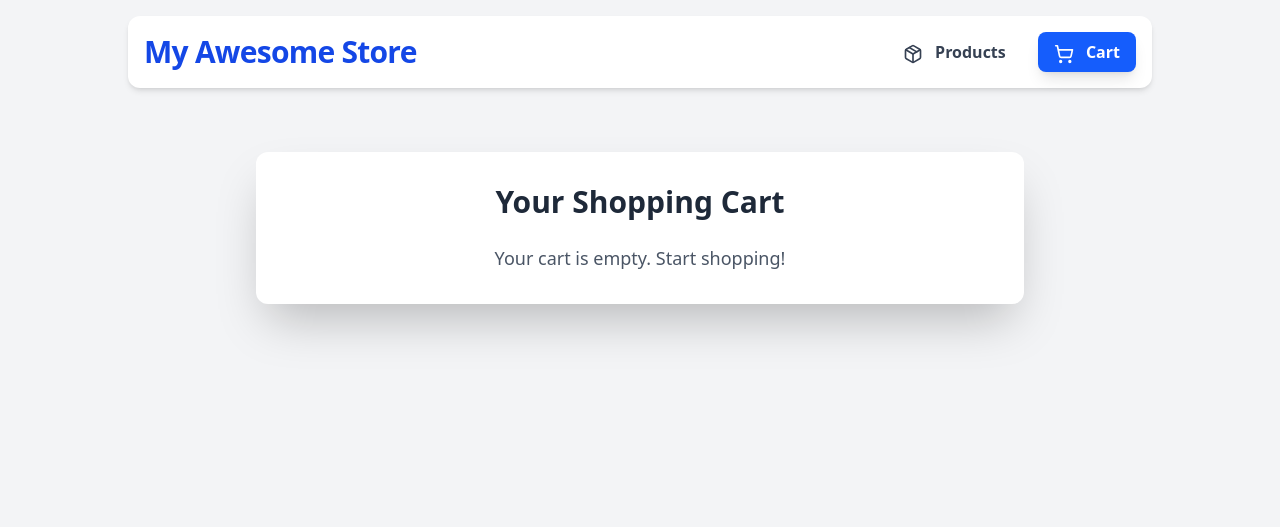
Repository: EphrahimLaanyu123/admin-panel
Page: /cart
These files come from the project's save history. The page is drawn as it stood at one moment and after the next save; the edit follows.
The browser window is 1280 px wide. The pictures show the whole page.
The project was rebuilt for these pictures with package versions that can differ from the ones it lists, and the page was loaded fresh each time. Also part of the build but not shown: vite.config.js, src/components/Products.jsx, src/components/BillingModal.jsx.

Above is the page before, as saved 2025-06-13 13:37:41.

### src/main.jsx
// main.jsx
import React from 'react';
import ReactDOM from 'react-dom/client';
import { BrowserRouter } from 'react-router-dom';
import App from './App';
import './index.css';

ReactDOM.createRoot(document.getElementById('root')).render(
  <BrowserRouter>
    <App />
  </BrowserRouter>
);

### src/App.jsx
// App.jsx
import React, { useState, useEffect, useMemo } from 'react';
import { Routes, Route, NavLink, useLocation, useNavigate } from 'react-router-dom';
import Cookies from 'js-cookie';
import { ShoppingCart, Package } from 'lucide-react';
import Products from './components/Products';
import Cart from './components/Cart';
// Make sure Products.productList is accessible, or fetch products in App.jsx and pass down
// For demonstration, we'll assume Products.productList is available as before.


function App() {
  const [cart, setCart] = useState([]);
  const [showConfirmation, setShowConfirmation] = useState('');
  const location = useLocation();
  const navigate = useNavigate();

  // Load cart from cookies on initial mount
  useEffect(() => {
    try {
      const storedCart = Cookies.get('shoppingCart');
      if (storedCart) {
        setCart(JSON.parse(storedCart));
      }
    } catch (error) {
      console.error('Failed to load cart from cookies:', error);
      Cookies.remove('shoppingCart'); // Clear corrupted cookie
    }
  }, []);

  // Save cart to cookies whenever cart state changes
  useEffect(() => {
    if (cart.length > 0) {
      Cookies.set('shoppingCart', JSON.stringify(cart), {
        expires: 30, // 30 days
        secure: process.env.NODE_ENV === 'production', // Use secure in production
        sameSite: 'Lax',
      });
    } else {
      Cookies.remove('shoppingCart'); // Remove cookie if cart is empty
    }
  }, [cart]);

  // New useEffect to handle post-payment cart clearing based on backend verification
  useEffect(() => {
    const params = new URLSearchParams(location.search);
    const pesapalTrackingId = params.get('pesapal_transaction_tracking_id');
    const pesapalResponseData = params.get('pesapal_response_data'); // This might contain status, but verify with backend

    const verifyAndClearCart = async (trackingId) => {
      setShowConfirmation('Verifying payment status...');
      try {
        const response = await fetch('http://localhost:5000/verify_pesapal_payment', {
          method: 'POST',
          headers: {
            'Content-Type': 'application/json',
          },
          body: JSON.stringify({ tracking_id: trackingId }),
        });

        const data = await response.json();

        if (response.ok) {
          // Payment confirmed by backend
          console.log('Backend confirmed payment success:', data);
          setCart([]); // Clear cart state
          Cookies.remove('shoppingCart'); // Remove cart cookie
          setShowConfirmation('Payment successful! Your cart has been cleared.');
        } else {
          // Payment not confirmed or failed
          console.error('Backend reported payment issue:', data.error || 'Unknown error');
          setShowConfirmation(`Payment verification failed: ${data.error || 'Please check your transaction status.'}`);
        }
      } catch (error) {
        console.error('Error during payment verification call:', error);
        setShowConfirmation('An error occurred during payment verification. Please contact support.');
      } finally {
        // Clear the confirmation message after a delay, and potentially redirect
        const timer = setTimeout(() => {
          setShowConfirmation('');
          // Optional: Redirect to a "thank you" page or products page
          // Use replace to avoid going back to the /cart?pesapal... URL in history
          navigate('/', { replace: true });
        }, 4000); // Give user time to read the message
        return () => clearTimeout(timer);
      }
    };

    // If Pesapal redirect parameters are present and cart is not already empty
    // (This prevents re-clearing if user navigates back to /cart?pesapal... after it's cleared)
    if (pesapalTrackingId && cart.length > 0) {
      // It's crucial to clear these parameters from the URL after processing
      // This is often done by a redirect.
      // However, for robustness, we can immediately call the verification.
      verifyAndClearCart(pesapalTrackingId);
    }
  }, [location.search, navigate, setCart, cart.length]); // Depend on location.search and cart.length

  const addToCart = (product) => {
    setCart((prevCart) => {
      const existingItem = prevCart.find((item) => item.productId === product.id);
      if (existingItem) {
        return prevCart.map((item) =>
          item.productId === product.id ? { ...item, quantity: item.quantity + 1 } : item
        );
      } else {
        return [...prevCart, { productId: product.id, name: product.name, price: product.price, quantity: 1 }];
      }
    });

    setShowConfirmation(`${product.name} added to cart!`);
    const timer = setTimeout(() => setShowConfirmation(''), 2000);
    return () => clearTimeout(timer);
  };

  const updateQuantity = (productId, change) => {
    setCart((prevCart) =>
      prevCart
        .map((item) =>
          item.productId === productId ? { ...item, quantity: item.quantity + change } : item
        )
        .filter((item) => item.quantity > 0)
    );
  };

  const removeFromCart = (productId) => {
    setCart((prevCart) => prevCart.filter((item) => item.productId !== productId));
  };

  const totalCartItems = useMemo(() => cart.reduce((sum, item) => sum + item.quantity, 0), [cart]);

  return (
    <div className="min-h-screen bg-gray-100 flex flex-col items-center p-4 font-inter">
      <header className="w-full max-w-5xl bg-white shadow-md rounded-xl p-4 flex justify-between items-center mb-8">
        <h1 className="text-3xl font-extrabold text-blue-700 tracking-tight">My Awesome Store</h1>
        <nav className="flex items-center space-x-4">
          <NavLink
            to="/"
            className={({ isActive }) =>
              `px-4 py-2 rounded-lg font-semibold transition duration-200 ease-in-out ${
                isActive ? 'bg-blue-600 text-white shadow-lg' : 'text-gray-700 hover:bg-gray-200'
              }`
            }
          >
            <Package className="inline-block mr-2" size={20} /> Products
          </NavLink>
          <NavLink
            to="/cart"
            className={({ isActive }) =>
              `px-4 py-2 rounded-lg font-semibold relative transition duration-200 ease-in-out ${
                isActive ? 'bg-blue-600 text-white shadow-lg' : 'text-gray-700 hover:bg-gray-200'
              }`
            }
          >
            <ShoppingCart className="inline-block mr-2" size={20} /> Cart
            {totalCartItems > 0 && (
              <span className="absolute -top-2 -right-2 bg-red-500 text-white text-xs font-bold rounded-full h-6 w-6 flex items-center justify-center">
                {totalCartItems}
              </span>
            )}
          </NavLink>
        </nav>
      </header>

      {showConfirmation && (
        <div className="fixed top-4 right-4 bg-green-500 text-white px-6 py-3 rounded-lg shadow-xl z-50">
          {showConfirmation}
        </div>
      )}

      <Routes>
        <Route path="/" element={<Products addToCart={addToCart} />} />
        <Route
          path="/cart"
          element={
            <Cart
              cart={cart}
              products={Products.productList} // Ensure Products.productList is defined and accessible
              updateQuantity={updateQuantity}
              removeFromCart={removeFromCart}
            />
          }
        />
        {/* The payment-success route will likely be temporary as App.jsx handles the redirect */}
        <Route path="/payment-success" element={
          <div className="text-center text-green-700 font-bold text-2xl p-10 bg-white rounded-xl shadow-lg">
            Processing payment... Please wait.
          </div>
        }/>
      </Routes>
    </div>
  );
}

export default App;

### src/components/Cart.jsx
import React, { useState } from 'react';
import { Trash2 } from 'lucide-react';
import BillingModal from './BillingModal';

function Cart({ cart, products, updateQuantity, removeFromCart }) {
  const [showBillingModal, setShowBillingModal] = useState(false);

  const getImageUrl = (productId) => {
    const product = products.find((p) => p.id === productId);
    return product?.imageUrl || 'https://placehold.co/80x80/CCCCCC/333333?text=Item';
  };

  const totalCartPrice = cart.reduce((sum, item) => sum + item.price * item.quantity, 0);

  return (
    <main className="w-full max-w-3xl bg-white p-8 rounded-xl shadow-2xl mx-auto my-8">
      <h2 className="text-3xl font-bold text-gray-800 mb-6 text-center">Your Shopping Cart</h2>
      {cart.length === 0 ? (
        <p className="text-gray-600 text-center text-lg">Your cart is empty. Start shopping!</p>
      ) : (
        <>
          <div className="space-y-4">
            {cart.map((item) => (
              <div key={item.productId} className="flex items-center justify-between p-4 border border-gray-200 rounded-lg shadow-sm">
                <div className="flex items-center">
                  <img
                    src={getImageUrl(item.productId)}
                    alt={item.name}
                    className="w-20 h-20 object-cover rounded-lg mr-4"
                    onError={(e) => {
                      e.target.onerror = null;
                      e.target.src = 'https://placehold.co/80x80/CCCCCC/333333?text=Item';
                    }}
                  />
                  <div>
                    <h3 className="text-lg font-semibold text-gray-900">{item.name}</h3>
                    <p className="text-gray-600">Ksh{item.price.toFixed(2)} each</p>
                  </div>
                </div>
                <div className="flex items-center space-x-2">
                  <button onClick={() => updateQuantity(item.productId, -1)} className="px-2 py-1 bg-gray-200 rounded">-</button>
                  <span>{item.quantity}</span>
                  <button onClick={() => updateQuantity(item.productId, 1)} className="px-2 py-1 bg-gray-200 rounded">+</button>
                </div>
                <button onClick={() => removeFromCart(item.productId)} className="text-red-500 hover:text-red-700">
                  <Trash2 size={20} />
                </button>
              </div>
            ))}
          </div>
          <div className="text-right mt-6 text-xl font-semibold text-blue-700">
            Total: Ksh{totalCartPrice.toFixed(2)}
          </div>

          <div className="flex justify-center mt-6">
            <button
              className="bg-blue-600 hover:bg-blue-700 text-white px-6 py-2 rounded-lg"
              onClick={() => setShowBillingModal(true)}
            >
              Proceed to Payment
            </button>
          </div>

          {/* Modal */}
          {showBillingModal && (
            <BillingModal
              cart={cart}
              totalAmount={totalCartPrice}
              onClose={() => setShowBillingModal(false)}
            />
          )}
        </>
      )}
    </main>
  );
}

export default Cart;

Loaded but not shown: index.html (common file); src/index.css (common file)

After the next save:
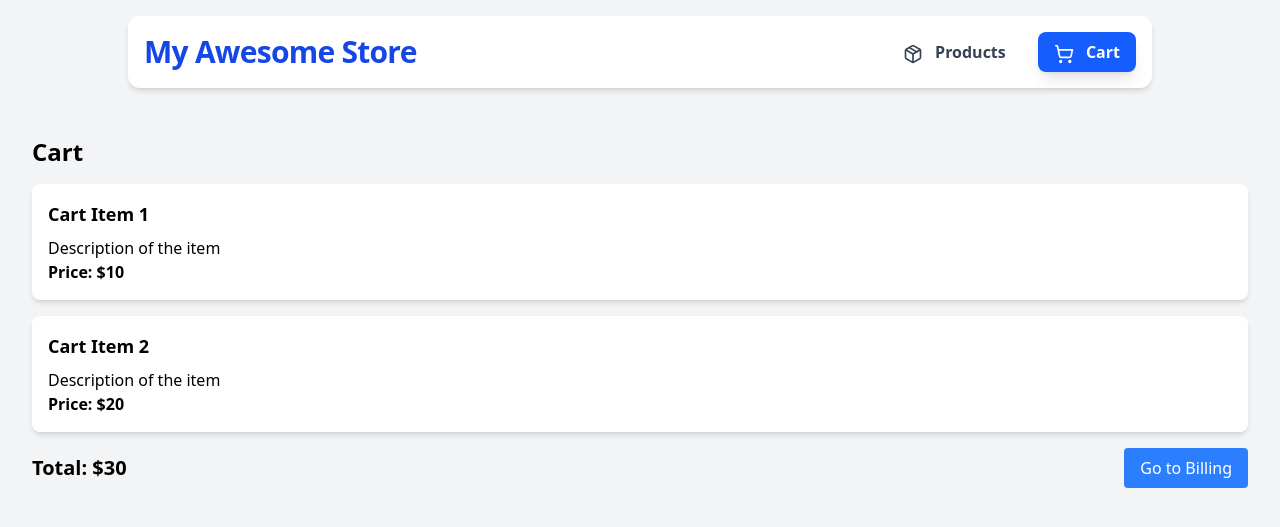
Saved 2 h 33 min later.
--- a/src/components/Cart.jsx
+++ b/src/components/Cart.jsx
@@ -1,78 +1,37 @@
-import React, { useState } from 'react';
-import { Trash2 } from 'lucide-react';
-import BillingModal from './BillingModal';
+// Cart.jsx
+import React from "react";
+import { useNavigate } from "react-router-dom";
 
-function Cart({ cart, products, updateQuantity, removeFromCart }) {
-  const [showBillingModal, setShowBillingModal] = useState(false);
-
-  const getImageUrl = (productId) => {
-    const product = products.find((p) => p.id === productId);
-    return product?.imageUrl || 'https://placehold.co/80x80/CCCCCC/333333?text=Item';
-  };
-
-  const totalCartPrice = cart.reduce((sum, item) => sum + item.price * item.quantity, 0);
+const Cart = () => {
+  const navigate = useNavigate();
 
   return (
-    <main className="w-full max-w-3xl bg-white p-8 rounded-xl shadow-2xl mx-auto my-8">
-      <h2 className="text-3xl font-bold text-gray-800 mb-6 text-center">Your Shopping Cart</h2>
-      {cart.length === 0 ? (
-        <p className="text-gray-600 text-center text-lg">Your cart is empty. Start shopping!</p>
-      ) : (
-        <>
-          <div className="space-y-4">
-            {cart.map((item) => (
-              <div key={item.productId} className="flex items-center justify-between p-4 border border-gray-200 rounded-lg shadow-sm">
-                <div className="flex items-center">
-                  <img
-                    src={getImageUrl(item.productId)}
-                    alt={item.name}
-                    className="w-20 h-20 object-cover rounded-lg mr-4"
-                    onError={(e) => {
-                      e.target.onerror = null;
-                      e.target.src = 'https://placehold.co/80x80/CCCCCC/333333?text=Item';
-                    }}
-                  />
-                  <div>
-                    <h3 className="text-lg font-semibold text-gray-900">{item.name}</h3>
-                    <p className="text-gray-600">Ksh{item.price.toFixed(2)} each</p>
-                  </div>
-                </div>
-                <div className="flex items-center space-x-2">
-                  <button onClick={() => updateQuantity(item.productId, -1)} className="px-2 py-1 bg-gray-200 rounded">-</button>
-                  <span>{item.quantity}</span>
-                  <button onClick={() => updateQuantity(item.productId, 1)} className="px-2 py-1 bg-gray-200 rounded">+</button>
-                </div>
-                <button onClick={() => removeFromCart(item.productId)} className="text-red-500 hover:text-red-700">
-                  <Trash2 size={20} />
-                </button>
-              </div>
-            ))}
-          </div>
-          <div className="text-right mt-6 text-xl font-semibold text-blue-700">
-            Total: Ksh{totalCartPrice.toFixed(2)}
-          </div>
+    <div className="container mx-auto p-4">
+      <h1 className="text-2xl font-bold mb-4">Cart</h1>
 
-          <div className="flex justify-center mt-6">
-            <button
-              className="bg-blue-600 hover:bg-blue-700 text-white px-6 py-2 rounded-lg"
-              onClick={() => setShowBillingModal(true)}
-            >
-              Proceed to Payment
-            </button>
-          </div>
+      <div className="bg-white rounded-lg shadow-md p-4 mb-4">
+        <h2 className="text-lg font-bold mb-2">Cart Item 1</h2>
+        <p>Description of the item</p>
+        <p className="font-semibold">Price: $10</p>
+      </div>
 
-          {/* Modal */}
-          {showBillingModal && (
-            <BillingModal
-              cart={cart}
-              totalAmount={totalCartPrice}
-              onClose={() => setShowBillingModal(false)}
-            />
-          )}
-        </>
-      )}
-    </main>
+      <div className="bg-white rounded-lg shadow-md p-4 mb-4">
+        <h2 className="text-lg font-bold mb-2">Cart Item 2</h2>
+        <p>Description of the item</p>
+        <p className="font-semibold">Price: $20</p>
+      </div>
+
+      <div className="flex justify-between items-center mt-4">
+        <span className="text-xl font-bold">Total: $30</span>
+        <button
+          className="bg-blue-500 text-white px-4 py-2 rounded hover:bg-blue-600"
+          onClick={() => navigate("/billing")}
+        >
+          Go to Billing
+        </button>
+      </div>
+    </div>
   );
-}
+};
 
 export default Cart;
